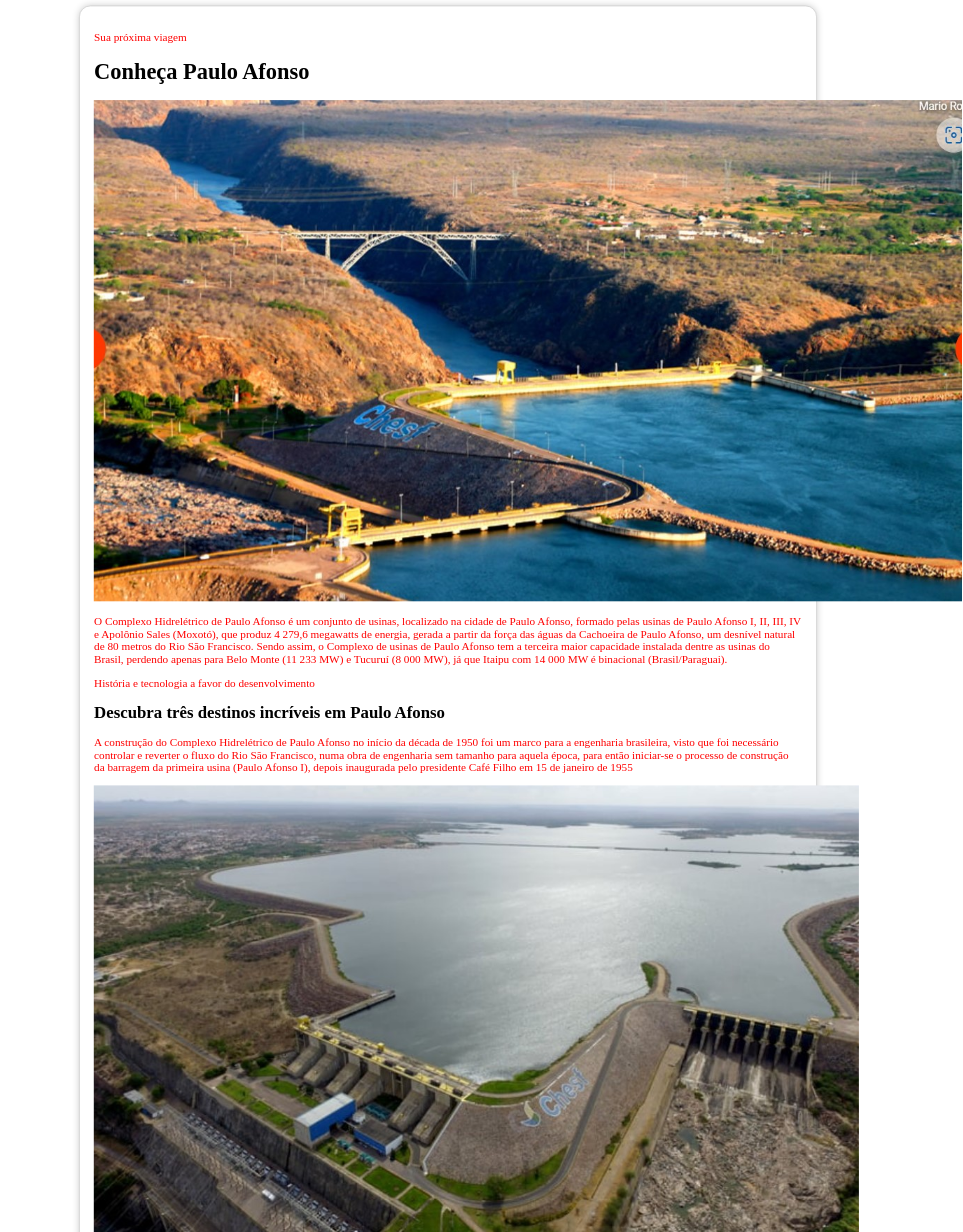
Repository: JeffRodFer/testeGitXGithub
Page: index.html
An editor plug-in stored every save of this project. The page is shown before and after the next save, followed by the edit.
The browser window is 1280 px wide. The page is 1375 px wide, then 1280 px, so the pictures cover 1375 px, including what lies to the right of the window. The pictures show the part of the page from y = 0 to 1760 px (the page is 3806 px tall before and 3508 px after), at 70% of full size.

Above is the page before, as saved 2025-03-15 20:58:04.

### index.html
<!DOCTYPE html>
<html lang="pt-br">
<head>
    <meta charset="UTF-8">
    <meta name="viewport" content="width=device-width, initial-scale=1.0">
    <title>Local Turístico</title>
    <link rel="stylesheet" href="style.css">

</head>
<body>
    <main class="page">
        <div>
            <p id="pred">Sua próxima viagem</p>
            <h1>Conheça Paulo Afonso</h1>
            <section>
                <img src="assets/main.jpg" alt="visão geral da hidroelêtrica">
                <p>O Complexo Hidrelétrico de Paulo Afonso é um conjunto de usinas, localizado na cidade de Paulo Afonso, formado pelas usinas de Paulo Afonso I, II, III, IV e Apolônio Sales (Moxotó), que produz 4 279,6 megawatts de energia, gerada a partir da força das águas da Cachoeira de Paulo Afonso, um desnível natural de 80 metros do Rio São Francisco. Sendo assim, o Complexo de usinas de Paulo Afonso tem a terceira maior capacidade instalada dentre as usinas do Brasil, perdendo apenas para Belo Monte (11 233 MW) e Tucuruí (8 000 MW), já que Itaipu com 14 000 MW é binacional (Brasil/Paraguai). </p>
            </section>
            <section>
                <p id="pred">História e tecnologia a favor do desenvolvimento</p>
                <h2>Descubra três destinos incríveis em Paulo Afonso</h2>
                <p>
                         A construção do Complexo Hidrelétrico de Paulo Afonso no início da década de 1950 foi um marco para a engenharia brasileira, visto que foi necessário controlar e reverter o fluxo do Rio São Francisco, numa obra de engenharia sem tamanho para aquela época, para então iniciar-se o processo de construção da barragem da primeira usina (Paulo Afonso I), depois inaugurada pelo presidente Café Filho em 15 de janeiro de 1955
                </p>
                <img src="assets/hidroele.jpg" alt="hidroelêtrica">
                <h3>1- Complexo Hidrelétrico de Paulo Afonso</h3>
                <p>
                     O Complexo Hidrelétrico de Paulo Afonso é composto pelas usinas hidrelétricas de Paulo Afonso I, II, III e IV. Localizada na Bahia e implantada no rio São Francisco, Paulo Afonso pertence à Companhia Hidro Elétrica do São Francisco (Eletrobras Chesf).
                </p>
                <P>Bom para: <br>
                   História</P>
            </section>
            <section>
                <img src="assets/aerea.jpg" alt="praias para banho as margens do Rio São Francisco">
                <h3>2- Praias para banho as margens do Rio São Francisco.</h3>
                <p>
                    Na zona urbana do município, a praia Canto das Águas, conhecida como Prainha de Glória; Na zona rural, além de várias serras, a praia do Bode Assado, as trilhas ecológicas e as agrovilas, onde é possível visitar os projetos agrícolas irrigados com as águas do Rio São Francisco.
                </p>
                <p>Bom para: <br>
                    Lazer</p>
            </section>
            <section>
                <img src="assets/rochasagua.jpg" alt="quedas d'agua nos canions do rio são francisco">
                <h3>3- Quedas d'água nos canions do Rio São Francisco.</h3>
                <p>
                    A região é conhecida como "O Canion da Água" e possui a maior quantidade de quedas d'água do mundo, com mais de 100 canions. A maior delas, o Canion de São Francisco, tem quase 100m de altura. Além de um estrutura com restaurantes e pousasdas que servem como ponto de partida para os turistas que fazem expedições pelo grande Rio São Francisco.
                </p>
                <p>Bom para: <br>
                    Turismo <br>
                    Lazer <br>
                    Aventura</p>
            </section>
            <p>Lorem ipsum dolor, sit amet consectetur adipisicing elit. Aspernatur tempore eum eveniet optio obcaecati sed mollitia porro, perspiciatis atque quae, fuga, praesentium itaque quibusdam corporis in eos repellat. Illo, qui.</p>

        </div>
    </main>
</body>
</html>

### style.css
body {
    background-color: white;

}

.page {
    width: 80%;
    margin: 0 auto;
    padding: 20px;
    background-color: white;
    border: 1px solid #ccc;
    border-radius: 16px;
    box-shadow: 0 0 10px #ccc;
}

p {
    color: red;
}

After the next save:
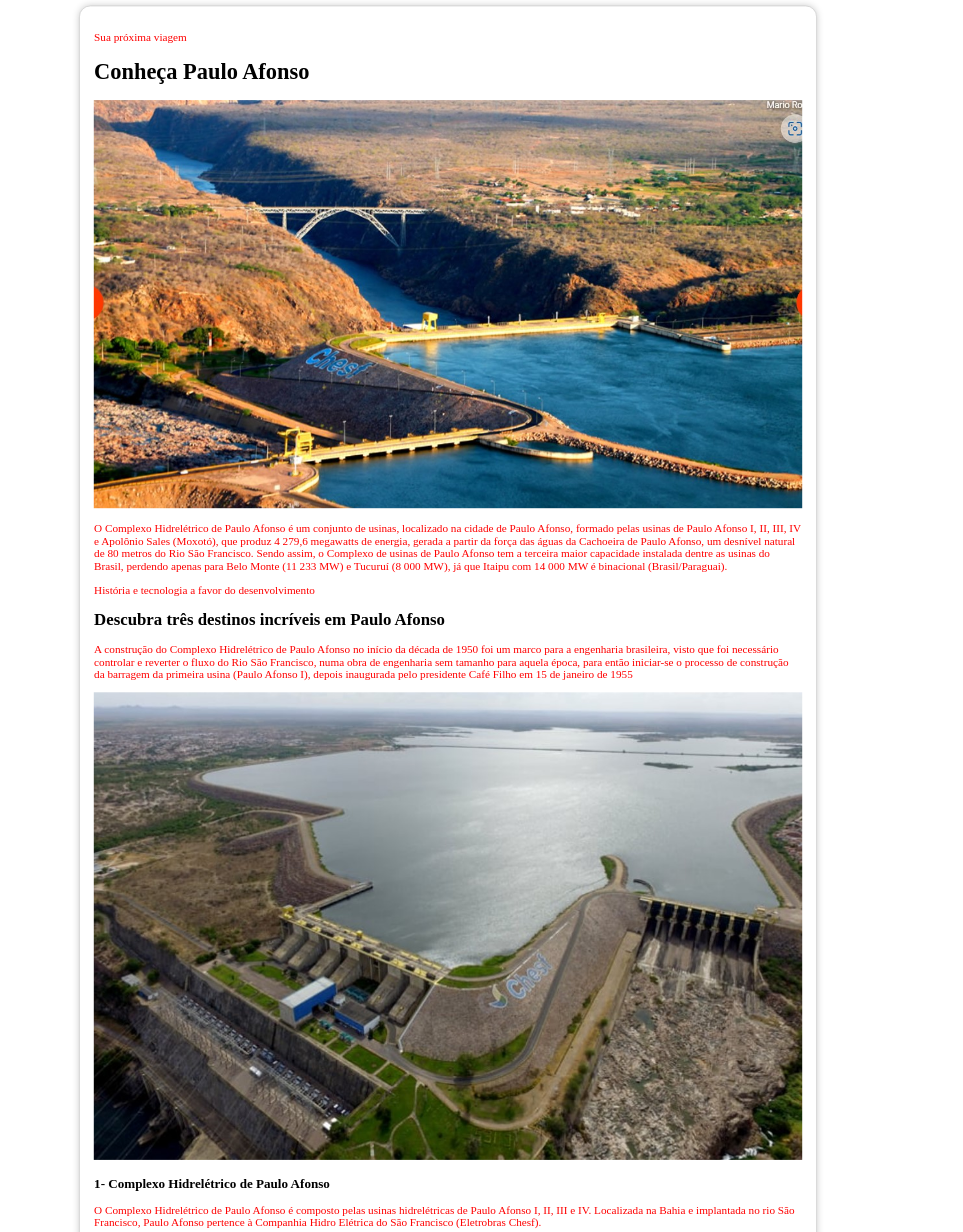
Saved 64 s later.
--- a/style.css
+++ b/style.css
@@ -12,6 +12,11 @@ body {
     border-radius: 16px;
     box-shadow: 0 0 10px #ccc;
 }
+img
+    {
+        max-width: 100%;
+        height: auto;
+    }
 
 p {
     color: red;
